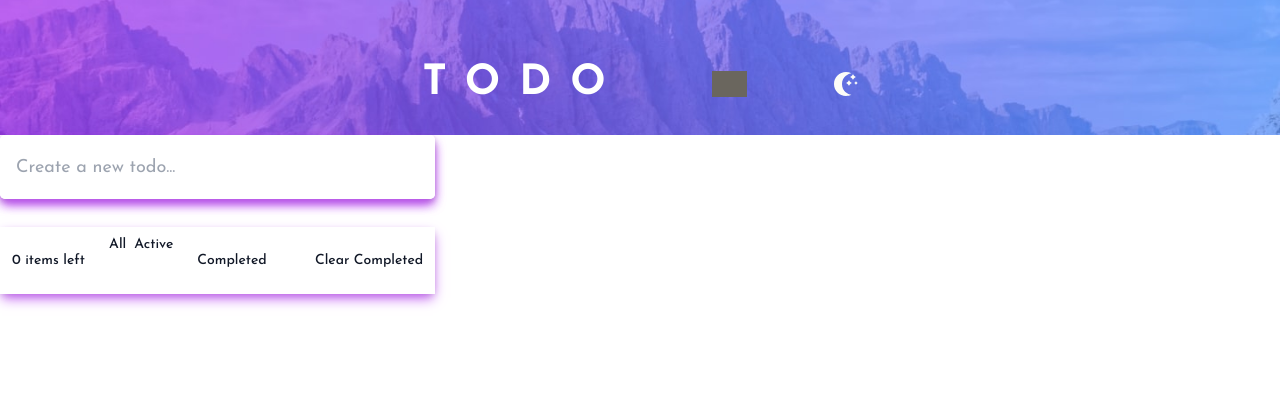
Repository: ikram-lisa/todo-list
Page: /
These files come from the project's save history. The page is drawn as it stood at one moment and after the next save; the edit follows.
The browser window is 1280 px wide. The pictures show the whole page.
Pictures or frames that could not be fetched are drawn as grey boxes. The project was rebuilt for these pictures with package versions that can differ from the ones it lists, and the page was loaded fresh each time. Also part of the build but not shown: vite.config.js.

Above is the page before, as saved 2024-05-15 09:17:55.

After the next save:
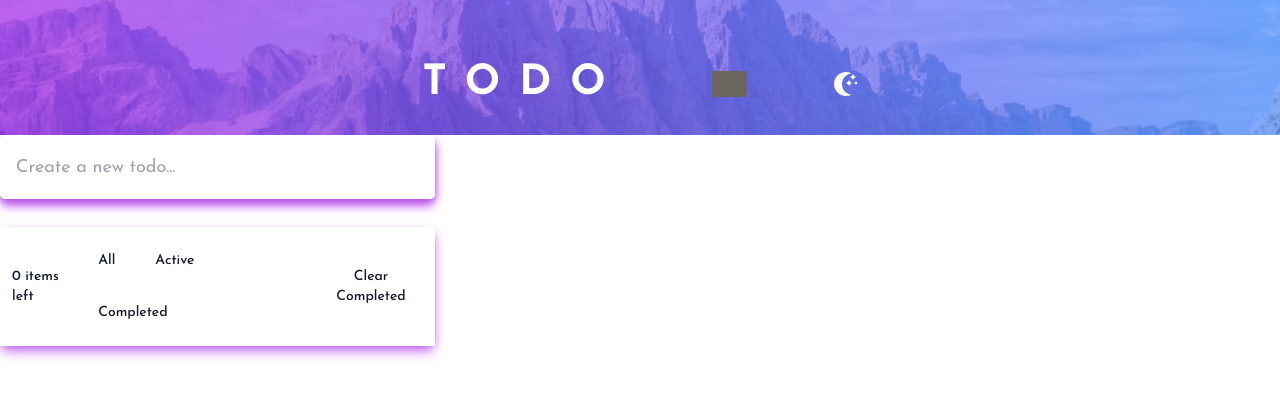
Saved 6 s later.
--- a/src/components/TabBar.jsx
+++ b/src/components/TabBar.jsx
@@ -11,7 +11,7 @@ const Tab = () => {
       >
         <li className="me-2" role="presentation">
           <button
-            className="inline-block  "
+            className="inline-block p-4 "
             id="profile-styled-tab"
             data-tabs-target="#styled-profile"
             type="button"
@@ -24,7 +24,7 @@ const Tab = () => {
         </li>
         <li className="me-2" role="presentation">
           <button
-            className="inline-block  hover:text-gray-600 hover:border-gray-300 dark:hover:text-gray-300"
+            className="inline-block p-4   hover:text-gray-600 hover:border-gray-300 dark:hover:text-gray-300"
             id="dashboard-styled-tab"
             data-tabs-target="#styled-dashboard"
             type="button"
